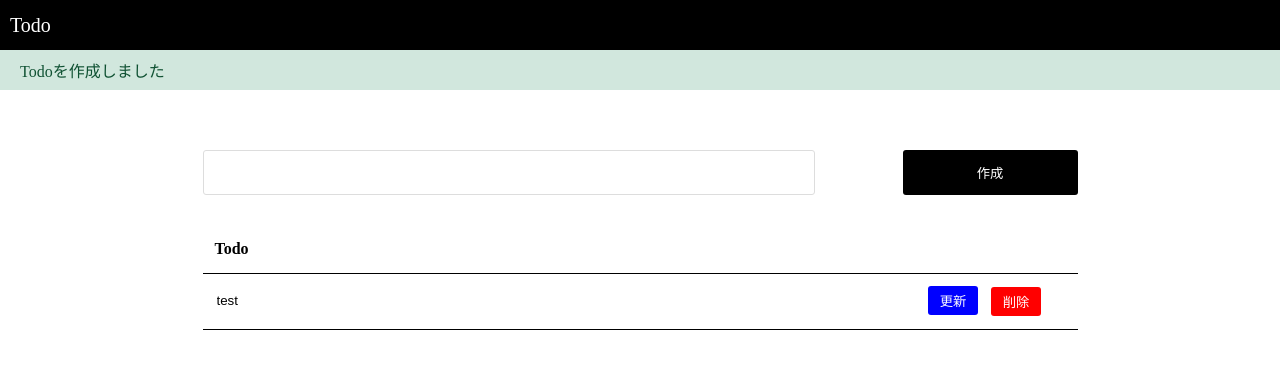
Repository: mayu-ya/todo4
Page: http://localhost/
The author's editor kept a copy of each file at every save. The page is drawn from the files as they stood at one save, then again after the next save.
The browser window is 1280 px wide. The pictures show the whole page.
The page is served by the project's Laravel application, run on PHP 8.4 with Laravel 8. Queries for data that is not in the repository find no rows.

Above is the page before, as saved 2026-01-13 10:41:22.

After the next save:
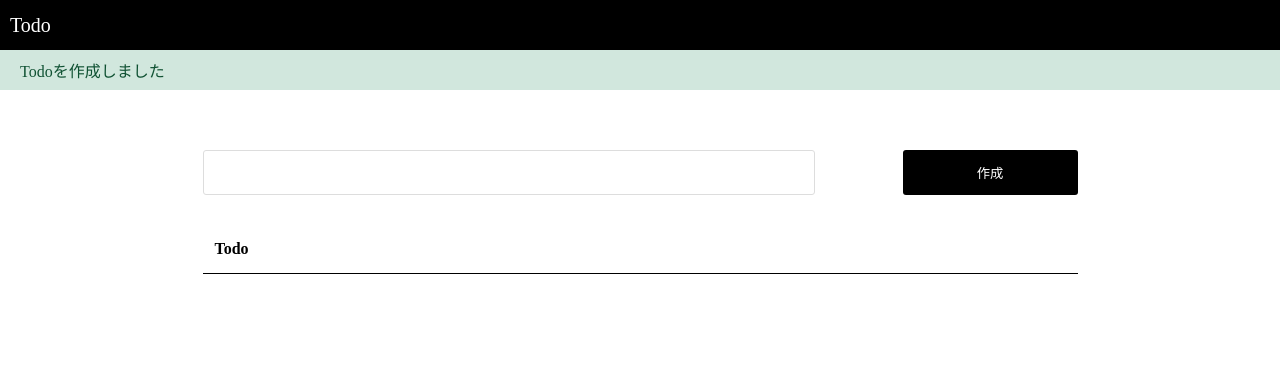
Saved 105 s later.
--- a/src/resources/views/index.blade.php
+++ b/src/resources/views/index.blade.php
@@ -24,11 +24,12 @@
         <tr class="table-row">
             <th class="table-title">Todo</th>
         </tr>
+        @foreach($todos as $todo)
         <tr class="table-row">
             <td class="table_item">
                 <form class="table-update">
                     <div class="table-todo">
-                        <input type="text" class="table-update_input" name="name" value="test">
+                        <input type="text" class="table-update_input" name="name" value="{{ $todo['content'] }}">
                     </div>
                     <div class="table-update_button">
                         <button class="table-update_button-submit" type="submit">更新</button>
@@ -43,6 +44,7 @@
                 </form>
             </td>
         </tr>
+        @endforeach
     </table>
 </div>
 @endsection
